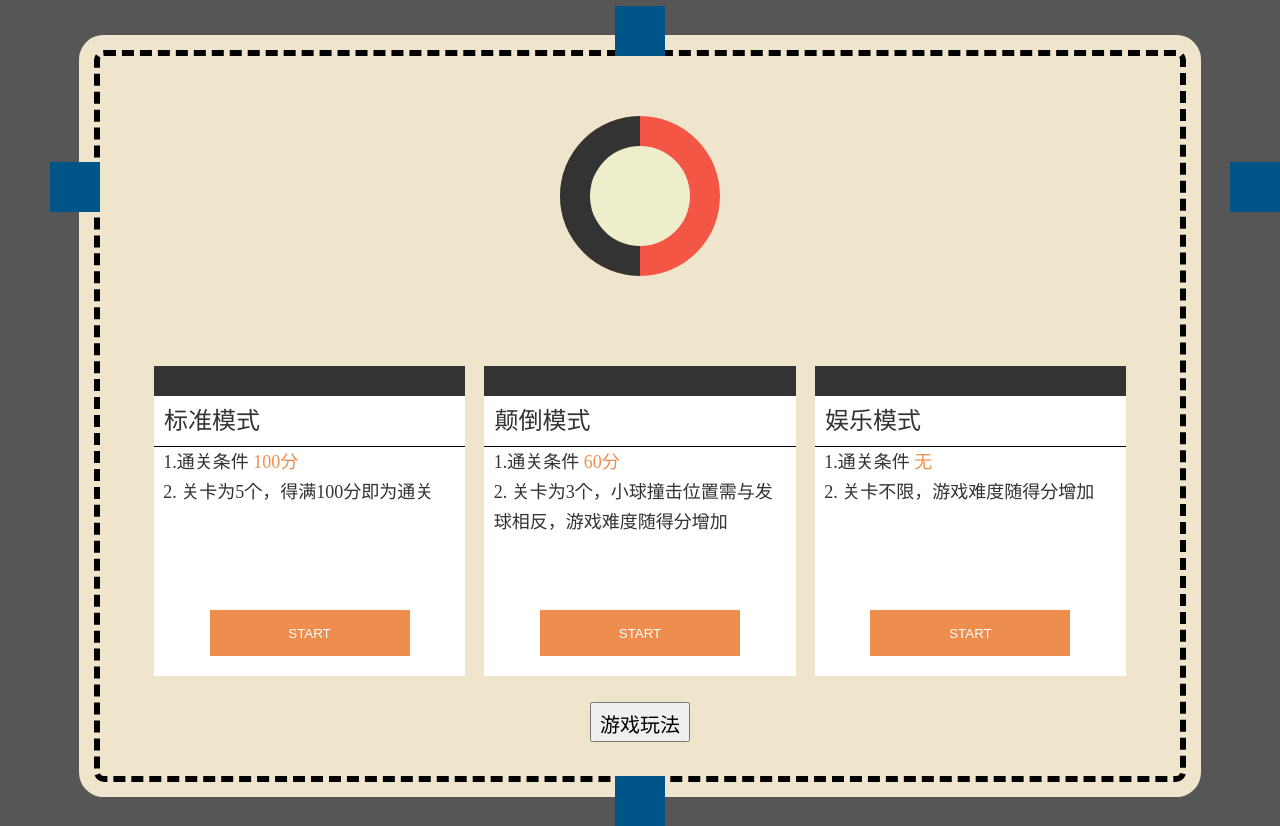
Repository: EEETA/ball-game
Page: theBall2/index.html
These files come from the project's save history. The page is drawn as it stood at one moment and after the next save; the edit follows.
The browser window is 1280 px wide. The pictures show the whole page.

Above is the page before, as saved 2018-08-02 16:22:30.

After the next save:
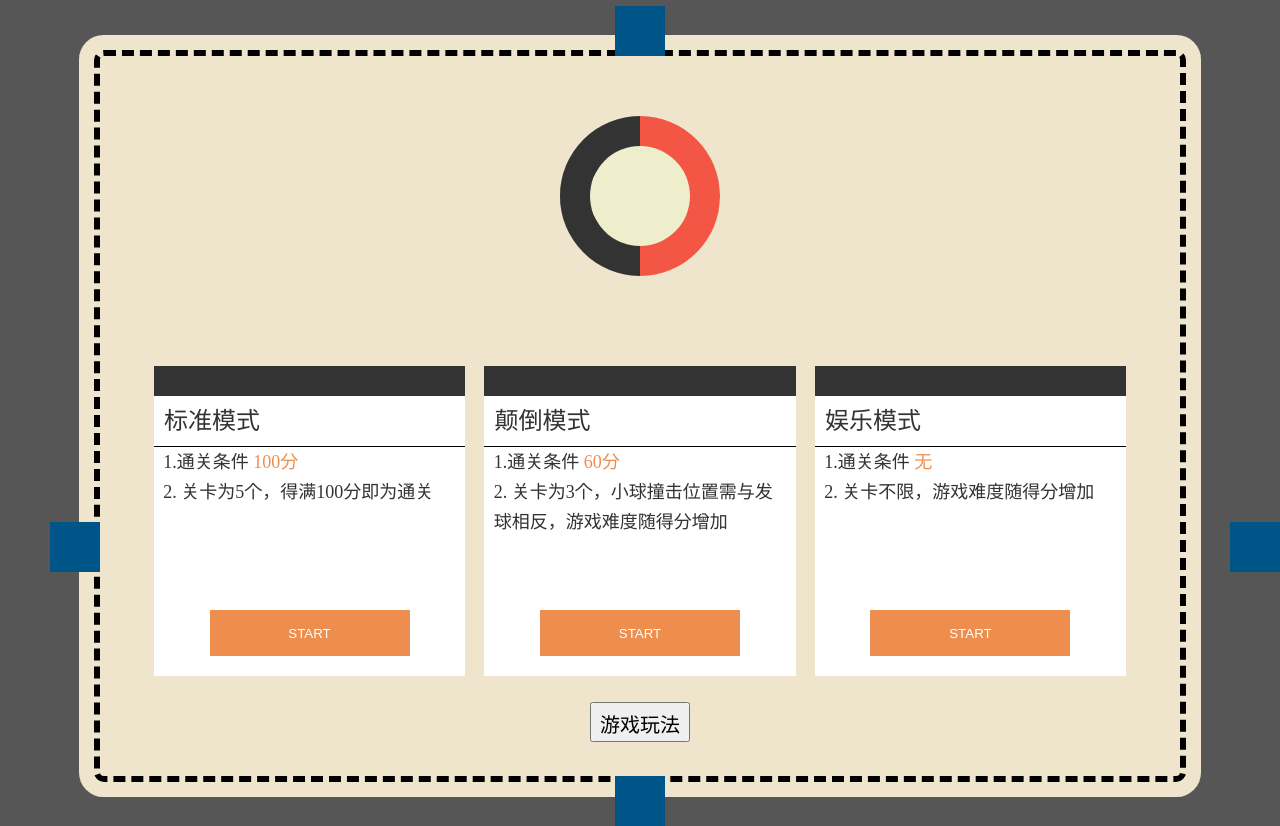
Saved 26 s later.
--- a/theBall2/style/index.css
+++ b/theBall2/style/index.css
@@ -95,7 +95,7 @@ button{outline: none;}
     left:calc(50% - 37px);
 }
 .top,.bottom{position: absolute;left:0;right:0;}
-.left,.right{position: absolute;top:0;bottom:0;}
+.left,.right{position: absolute;top:50%;bottom:0;}
 .left{left: -50px}
 .right{right: -50px}
 .top{top: -50px}
